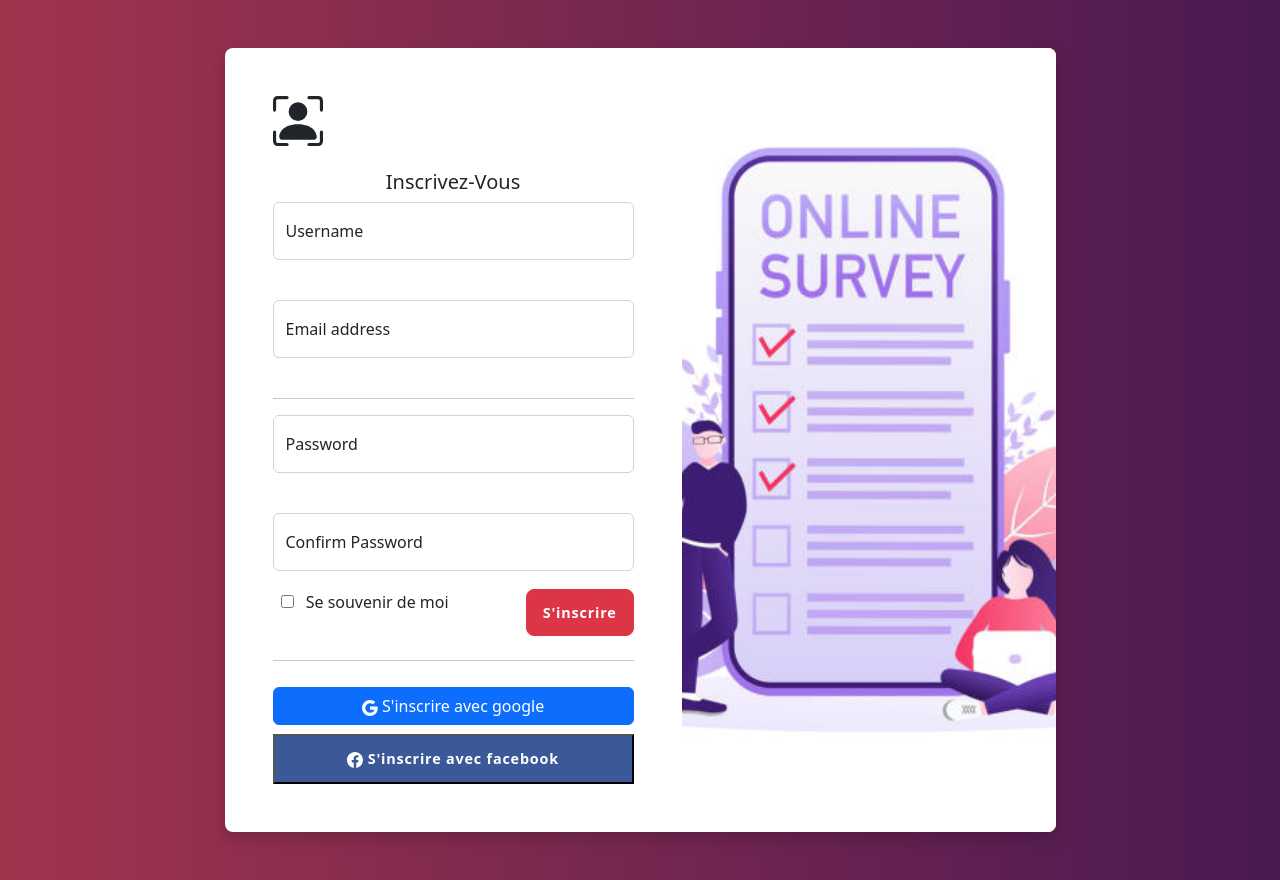
Repository: Djiamil/testsMoustaphaDER
Page: index.html
The author's editor kept a copy of each file at every save. The page is drawn from the files as they stood at one save, then again after the next save.
The browser window is 1280 px wide. The pictures show the whole page.

Above is the page before, as saved 2022-12-09 00:16:24.

### index.html
<!DOCTYPE html>
<html lang="en">
<head>
    <meta charset="UTF-8">
    <meta http-equiv="X-UA-Compatible" content="IE=edge">
    <meta name="viewport" content="width=device-width, initial-scale=1.0">
    <title>Formulaire d'inscription Futur Digital</title>
    <link rel="stylesheet" href="https://cdn.jsdelivr.net/npm/bootstrap@5.2.3/dist/css/bootstrap.min.css" integrity="sha384-rbsA2VBKQhggwzxH7pPCaAqO46MgnOM80zW1RWuH61DGLwZJEdK2Kadq2F9CUG65" crossorigin="anonymous">
    <link rel="stylesheet" href="style.css">
</head>
<body>
    <div class="container">
        <div class="row">
          <div class="col-lg-10 col-xl-9 mx-auto">
            <div class="card flex-row my-5 border-0 shadow rounded-3 overflow-hidden">
                <div class="card-body p-4 p-sm-5">
                    <div class="d-flex flex-column">
                        <svg xmlns="http://www.w3.org/2000/svg" width="50" height="50" fill="currentColor" class="bi bi-person-bounding-box mb-3" viewBox="0 0 16 16">
                            <path d="M1.5 1a.5.5 0 0 0-.5.5v3a.5.5 0 0 1-1 0v-3A1.5 1.5 0 0 1 1.5 0h3a.5.5 0 0 1 0 1h-3zM11 .5a.5.5 0 0 1 .5-.5h3A1.5 1.5 0 0 1 16 1.5v3a.5.5 0 0 1-1 0v-3a.5.5 0 0 0-.5-.5h-3a.5.5 0 0 1-.5-.5zM.5 11a.5.5 0 0 1 .5.5v3a.5.5 0 0 0 .5.5h3a.5.5 0 0 1 0 1h-3A1.5 1.5 0 0 1 0 14.5v-3a.5.5 0 0 1 .5-.5zm15 0a.5.5 0 0 1 .5.5v3a1.5 1.5 0 0 1-1.5 1.5h-3a.5.5 0 0 1 0-1h3a.5.5 0 0 0 .5-.5v-3a.5.5 0 0 1 .5-.5z"/>
                            <path d="M3 14s-1 0-1-1 1-4 6-4 6 3 6 4-1 1-1 1H3zm8-9a3 3 0 1 1-6 0 3 3 0 0 1 6 0z"/>
                        </svg>
                        <h5 class="card-title text-center m-2 fw-light fs-5">Inscrivez-Vous</h5>
                    </div>
                    <form class="form" id="form">

                    <div class="form-floating mb-3">
                        <label for="floatingInputUsername">Username</label>
                        <input type="text" class="form-control" id="username" placeholder="Enter username">
                        <small>Error message</small>
                    </div>

                    <div class="form-floating mb-3">
                        <label for="floatingInputEmail">Email address</label>
                        <input type="text" class="form-control" id="email" placeholder="Enter email">
                        <small>Error message</small>
                    </div>

                    <hr>

                    <div class="form-floating mb-3">
                        <label for="floatingPassword">Password</label>
                        <input type="password" class="form-control" id="password" placeholder="Enter password">
                        <small>Error message</small>
                    </div>

                    <div class="form-floating mb-3">
                        <label for="floatingPasswordConfirm">Confirm Password</label>
                        <input type="password" class="form-control" id="password2" placeholder="Confirm your password">
                    </div>

                    <div class="d-grid mb-2 w-100 d-flex justify-content-between">
                        <div>
                            <input type="checkbox" value="" class="m-2">
                            Se souvenir de moi
                        </div>
                        <button class="btn btn-lg btn-danger btn-login fw-bold  mr-25">S'inscrire</button>
                    </div>

                    <hr class="my-4">

                    <div class="d-grid mb-2">
                        <button class="btn btn-primary" type="submit">
                            <svg xmlns="http://www.w3.org/2000/svg" width="16" height="16" fill="currentColor" class="bi bi-google" viewBox="0 0 16 16">
                                <path d="M15.545 6.558a9.42 9.42 0 0 1 .139 1.626c0 2.434-.87 4.492-2.384 5.885h.002C11.978 15.292 10.158 16 8 16A8 8 0 1 1 8 0a7.689 7.689 0 0 1 5.352 2.082l-2.284 2.284A4.347 4.347 0 0 0 8 3.166c-2.087 0-3.86 1.408-4.492 3.304a4.792 4.792 0 0 0 0 3.063h.003c.635 1.893 2.405 3.301 4.492 3.301 1.078 0 2.004-.276 2.722-.764h-.003a3.702 3.702 0 0 0 1.599-2.431H8v-3.08h7.545z"/>
                              </svg> S'inscrire avec google
                        </button>
                    </div>

                    <div class="d-grid">
                        <button class="btn-facebook btn-login fw-bold " type="submit">
                            <svg xmlns="http://www.w3.org/2000/svg" width="16" height="16" fill="currentColor" class="bi bi-facebook" viewBox="0 0 16 16">
                                <path d="M16 8.049c0-4.446-3.582-8.05-8-8.05C3.58 0-.002 3.603-.002 8.05c0 4.017 2.926 7.347 6.75 7.951v-5.625h-2.03V8.05H6.75V6.275c0-2.017 1.195-3.131 3.022-3.131.876 0 1.791.157 1.791.157v1.98h-1.009c-.993 0-1.303.621-1.303 1.258v1.51h2.218l-.354 2.326H9.25V16c3.824-.604 6.75-3.934 6.75-7.951z"/>
                            </svg>
                            S'inscrire avec facebook
                        </button>
                    </div>
                    </form>
                </div>
                <div class="card-img-left d-none d-md-flex">
                    <!-- Background image for card set in CSS! -->
                  </div>
            </div>
        </div>
    </div>
<script src="https://cdn.jsdelivr.net/npm/bootstrap@5.2.3/dist/js/bootstrap.min.js" integrity="sha384-cuYeSxntonz0PPNlHhBs68uyIAVpIIOZZ5JqeqvYYIcEL727kskC66kF92t6Xl2V" crossorigin="anonymous"></script>
<script src="script.js"></script>
</body>
</html>

### style.css
@import url('https://fonts.googleapis.com/css2?family=Open+Sans:wght@300&display=swap');
:root{
  --success-color: #2ecc71;
  --error-color: #e74c3c;
}
body {
    background: #a0344d;
    background: linear-gradient(to right, #a0344d, #4a1952);
  }

  .card-img-left {
    width: 45%;
    /* Link to your background image using in the property below! */
    background: scroll center url('./image/ins.jpg');
    background-size: cover;
  }

  .btn-login {
    font-size: 0.9rem;
    letter-spacing: 0.05rem;
    padding: 0.75rem 1rem;
  }

  .btn-google {
    color: white !important;
    background-color: #ea4335;
  }

  .btn-facebook {
    color: white !important;
    background-color: #3b5998;
  }
  .form-floating input:focus{
    outline: 0;
    border-color: #777;
}

.form-floating.success input{
    border-color: var(--success-color);
    margin: 2rem;
}

.form-floating.error input{
    border-color: var(--error-color);
}

  .form-floating small{
    color: var(--error-color);
    bottom: 0;
    left: 0;
    visibility: hidden;
}

.form-floating.error small{
    visibility: visible;
}
button{
  position:relative;
  margin-top: 0.1rem;
}

### script.js
const form = document.getElementById('form');
const username = document.getElementById('username');
const email = document.getElementById('email');
const password = document.getElementById('password');
const password2 = document.getElementById('password2');


function showError(input, message) {//Afficher les messages d'erreur
    const formControl = input.parentElement;
    formControl.className = 'form-floating error';
    const small = formControl.querySelector('small');
    small.innerText = message;
}

function showSuccess(input) {
    const formControl = input.parentElement;
    formControl.className = 'form-floating success';
}

function checkEmail(input) {//Tester si l'email est valide :  javascript : valid email
    const re = /^(([^<>()\[\]\\.,;:\s@"]+(\.[^<>()\[\]\\.,;:\s@"]+)*)|(".+"))@((\[[0-9]{1,3}\.[0-9]{1,3}\.[0-9]{1,3}\.[0-9]{1,3}\])|(([a-zA-Z\-0-9]+\.)+[a-zA-Z]{2,}))$/;

    if (re.test(input.value.trim().toLowerCase())) {
        showSuccess(input);
    } else {
        showError(input,`Email is not valid!`);
    }
}

function checkRequired(inputArray) {// Tester si les champs ne sont pas vides
    inputArray.forEach(input => {
        if (input.value.trim() === '') {
            showError(input,`${getFieldName(input)} is required`);
        }else{
            showSuccess(input);
        }
    });
}

//
function getFieldName(input) {//Retour le nom de chaque input en se basant sur son id
    return input.id.charAt(0).toUpperCase() + input.id.slice(1);
}
//

//
function checkLength(input, min, max) {//Tester la longueur de la valeur  d'un input
    if(input.value.length < min){
        showError(input, `${getFieldName(input)} must be at least ${min} characters!`)
    }else if(input.value.length > max){
        showError(input, `${getFieldName(input)} must be less than ${max} characters !`);
    }else{
        showSuccess(input);
    }
}
//
function checkPasswordMatch(input1, input2) {//Verifie la conformité des password
    if (input1.value !== input2.value) {
        showError(input2, 'Passwords do not match!');
    }
}

form.addEventListener('submit',function(e){
    e.preventDefault();//Bloquer la soumission du formulaire


    checkRequired([username, email, password, password2]);
    //
    checkLength(username, 3, 15);
    checkLength(password, 6, 25);
    checkEmail(email);
    checkPasswordMatch(password,password2);


    /*
    function isValidEmail(email) {//Tester si l'email est valide
    const re = /^(([^<>()\[\]\\.,;:\s@"]+(\.[^<>()\[\]\\.,;:\s@"]+)*)|(".+"))@((\[[0-9]{1,3}\.[0-9]{1,3}\.[0-9]{1,3}\.[0-9]{1,3}\])|(([a-zA-Z\-0-9]+\.)+[a-zA-Z]{2,}))$/;
    return re.test(String(email).toLowerCase());
}
*/
});

After the next save:
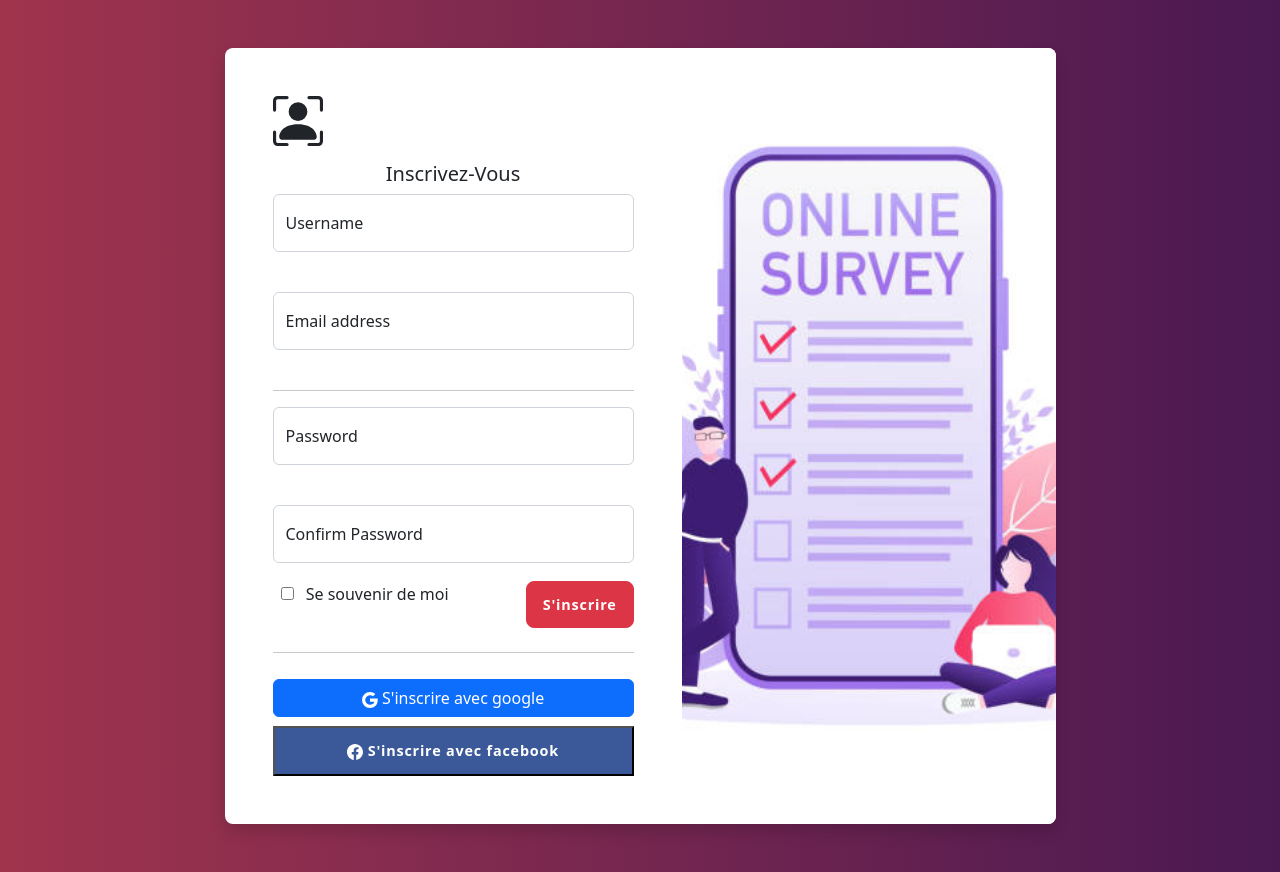
Saved 21 s later.
--- a/index.html
+++ b/index.html
@@ -19,7 +19,7 @@
                             <path d="M1.5 1a.5.5 0 0 0-.5.5v3a.5.5 0 0 1-1 0v-3A1.5 1.5 0 0 1 1.5 0h3a.5.5 0 0 1 0 1h-3zM11 .5a.5.5 0 0 1 .5-.5h3A1.5 1.5 0 0 1 16 1.5v3a.5.5 0 0 1-1 0v-3a.5.5 0 0 0-.5-.5h-3a.5.5 0 0 1-.5-.5zM.5 11a.5.5 0 0 1 .5.5v3a.5.5 0 0 0 .5.5h3a.5.5 0 0 1 0 1h-3A1.5 1.5 0 0 1 0 14.5v-3a.5.5 0 0 1 .5-.5zm15 0a.5.5 0 0 1 .5.5v3a1.5 1.5 0 0 1-1.5 1.5h-3a.5.5 0 0 1 0-1h3a.5.5 0 0 0 .5-.5v-3a.5.5 0 0 1 .5-.5z"/>
                             <path d="M3 14s-1 0-1-1 1-4 6-4 6 3 6 4-1 1-1 1H3zm8-9a3 3 0 1 1-6 0 3 3 0 0 1 6 0z"/>
                         </svg>
-                        <h5 class="card-title text-center m-2 fw-light fs-5">Inscrivez-Vous</h5>
+                        <h5 class="card-title text-center fw-light fs-5">Inscrivez-Vous</h5>
                     </div>
                     <form class="form" id="form">
 
